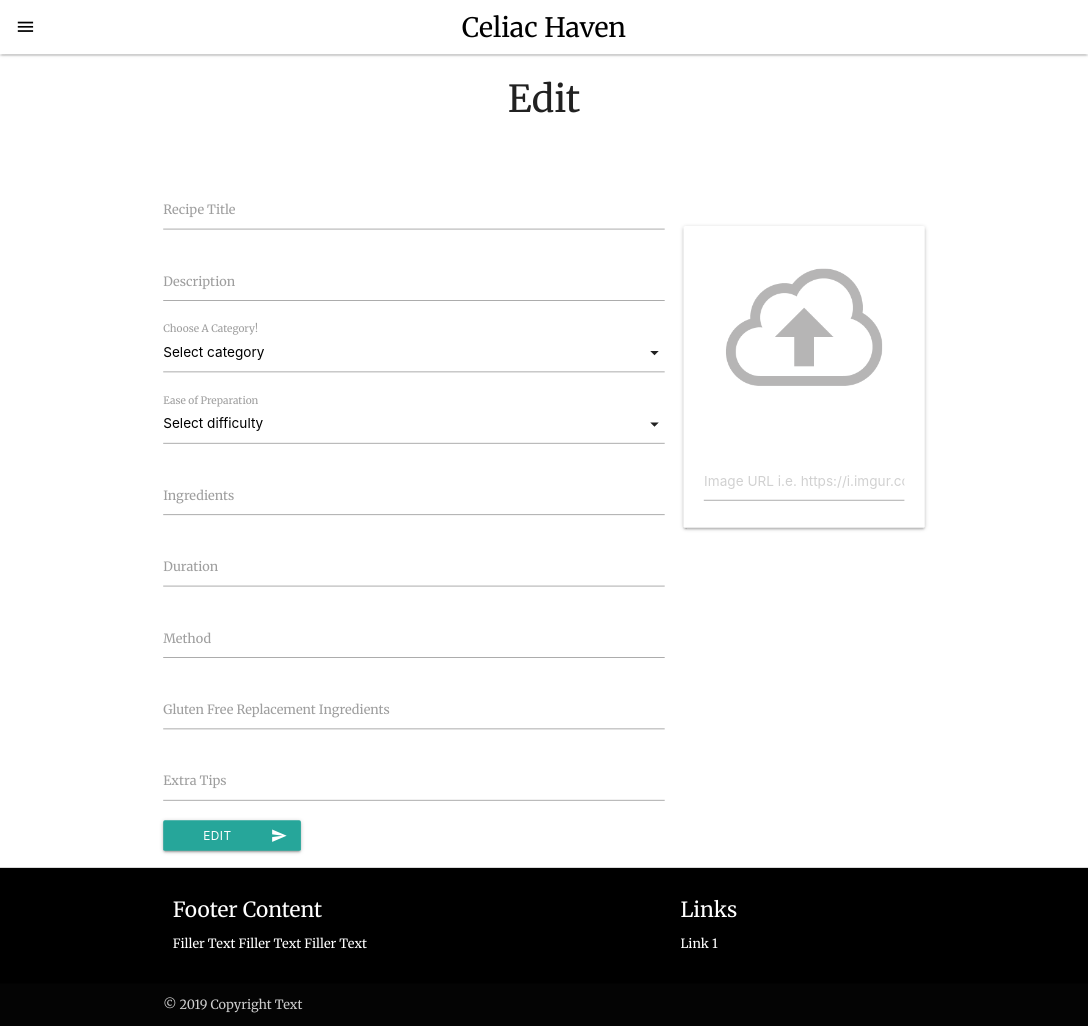
Repository: DanielJMaia/cookbook-project
Page: templates/edit_recipe.html
The author's editor kept a record of every edit. The page is drawn from the files as they stood at one moment, then again after the next edit.
The browser window is 1280 px wide. The pictures show the whole page, at 85% of full size.
Some web fonts or font styles are not loaded; a fallback is used. The page is served by the project's application, run on Flask 3 (app.py). The template is opened directly, without the code that normally fills it, so the values that code supplies are empty.

Above is the page before.
Console error: TypeError: Cannot read properties of null (reading 'addEventListener')

### templates/edit_recipe.html
{% extends 'base.html' %} {% block content %}

<h3 class="center-align" id="submit_recipe_header">Edit {{recipe.title}}</h3>
<form action="{{url_for('update_recipe', recipe_id=recipe._id)}}" method="POST" class="col s12 m8" autocomplete="off">
    <div class="container">
        <div class="row">
            <div class="col s11 m4 submit_image_spacing">
                <div class="card">
                    <div class="card-image">
                        <img src="/static/img/upload.jpg" class="image" id="upload_image">
                    </div>
                    <div class="card-content input-field">
                        <input id="add_image" type="text" class="validate" name="url" value="{{recipe.url}}" placeholder="Image URL i.e. https://i.imgur.com/PuHbs0g.jpg" required>
                    </div>
                </div>
            </div>
            <div class="input-field col s11 m8">
                <input id="recipe_title" type="text" class="validate" name="title" value="{{recipe.title}}" required>
                <label for="recipe_title">Recipe Title</label>
            </div>
            <div class="input-field col s11 m8">
                <input id="recipe_description" type="text" class="validate" name="description" value="{{recipe.description}}" required>
                <label for="recipe_description">Description</label>
            </div>
            <div class="input-field col s11 m8">
                <select name="category" required>
                        <option selected disabled value>Select category</option>
                    {% for cat in second_category %}
                        {% if cat.category == recipe.category %}
                            <option value="{{ cat.category }}" selected>{{ cat.category }}</option>
                        {% else %}
                            <option value="{{ cat.category }}">{{ cat.category }}</option>
                        {% endif %}
                    {% endfor %}
                </select>
                <label>Choose A Category!</label>
            </div>
            <div class="input-field col s11 m8">
                <select name="difficulty" required>
                        <option selected disabled value>Select difficulty</option>
                    {% for diff in difficulty %}
                        {% if diff.difficulty == recipe.difficulty %}
                            <option value="{{ diff.difficulty }}" selected>{{ diff.difficulty }}</option>
                        {% else %}
                            <option value="{{ diff.difficulty }}" >{{ diff.difficulty }}</option>
                        {% endif %}
                    {% endfor %}
                </select>
                <label>Ease of Preparation</label>
            </div>
            <div class="input-field col s11 m8">
                <input id="ingredients" type="text" class="validate" name="ingredients" value="{{recipe.ingredients}}" required>
                <label for="ingredients">Ingredients</label>
            </div>
            <div class="input-field col s11 m8">
                <input id="duration" type="text" class="validate" name="prep_duration" value="{{recipe.prep_duration}}" required>
                <label for="duration">Duration</label>
            </div>
            <div class="input-field col s11 m8">
                <input id="method" type="text" class="validate" name="method" value="{{recipe.method}}" required></input>
                <label for="method">Method</label>
            </div>
            <div class="input-field col s11 m8">
                <input id="gf_ingredient" type="text" class="validate" name="gf_ingredient" value="{{recipe.gf_ingredient}}">
                <label for="gf_ingredient">Gluten Free Replacement Ingredients</label>
            </div>
            <div class="input-field col s11 m8">
                <input id="tips" type="text" class="validate" name="tips" value="{{recipe.tips}}">
                <label for="tips">Extra Tips</label>
            </div>
            <div class="col s12 center-align">
                <button class="btn waves-effect waves-light button_form_min_width" type="submit" name="action">Edit
                    <i class="material-icons right">send</i>
                </button>
            </div>
        </div>
    </div>
</form>
{% endblock %}

### templates/base.html
<!DOCTYPE html>
<html lang="en">

<head>
    <meta charset="UTF-8">
    <meta name="viewport" content="width=device-width, initial-scale=1.0">
    <meta http-equiv="X-UA-Compatible" content="ie=edge">
    <title>GF Recipes!</title>

    <link rel="stylesheet" href="https://cdnjs.cloudflare.com/ajax/libs/materialize/1.0.0/css/materialize.min.css">
    <link href="https://fonts.googleapis.com/icon?family=Material+Icons" rel="stylesheet">
    <link href="https://fonts.googleapis.com/css?family=Merriweather|Solway&display=swap" rel="stylesheet">
    <link rel="stylesheet" href="{{url_for('static', filename='css/style.css')}}" type="text/css" />
</head>

<body>
    <header>
        <nav class="white">
            <div class="nav-wrapper">
                <a href="{{url_for('home')}}" class="brand-logo center black-text">Celiac Haven</a>
                <a href="#" data-target="mobile-demo" class="sidenav-trigger show-on-large"><i class="material-icons black-text">menu</i></a>
            </div>
        </nav>



        <ul class="sidenav" id="mobile-demo">
            <li><a href="{{url_for('home')}}">Home</a></li>
            <li><a href="{{url_for('add_recipe')}}">Add A Recipe</a></li>
            {% for cat in categories %}
            <li><a href="{{url_for('get_recipes', recipe_category=cat.category)}}">{{ cat.category }}</a></li>
            {% endfor %}
        </ul>


    </header>
    <main>
        {% block content %} {% endblock %}
    </main>

    <footer class="page-footer black">
        <div class="container">
            <div class="row">
                <div class="col l6 s12">
                    <h5 class="white-text">Footer Content</h5>
                    <p class="white-text text-lighten-4">Filler Text Filler Text Filler Text</p>
                </div>
                <div class="col l4 offset-l2 s12">
                    <h5 class="white-text">Links</h5>
                    <ul>
                        <li><a class="white-text text-lighten-3" href="#!">Link 1</a></li>
                    </ul>
                </div>
            </div>
        </div>
        <div class="footer-copyright">
            <div class="container">
                © 2019 Copyright Text
            </div>
        </div>
    </footer>

    <script src="https://cdnjs.cloudflare.com/ajax/libs/jquery/3.4.1/jquery.js" integrity="sha256-WpOohJOqMqqyKL9FccASB9O0KwACQJpFTUBLTYOVvVU=" crossorigin="anonymous"></script>
    <script src="https://cdnjs.cloudflare.com/ajax/libs/materialize/1.0.0/js/materialize.min.js"></script>
    <script type="text/javascript" src="/static/js/initialization.js"></script>

</body>

</html>

### app.py
import os
import env
from flask import Flask, render_template, redirect, request, url_for
from flask_pymongo import PyMongo
from bson.objectid import ObjectId

app = Flask(__name__)

app.config["MONGO_DBNAME"] = 'milestone-project-cookbook'
app.config['MONGO_URI'] = os.getenv('MONGO_URI', "Env value not loaded")

mongo = PyMongo(app)

@app.route('/')
def home():
    return render_template("index.html",
    categories=mongo.db.categories.find(),
    second_category=mongo.db.categories.find())

@app.route('/get_recipes/<recipe_category>')
def get_recipes(recipe_category):
    return render_template("recipes.html",
    categories=mongo.db.categories.find(),
    recipes=mongo.db.recipes.find({"category": recipe_category}))

@app.route('/add_recipe')
def add_recipe():
    return render_template("add_recipe.html",
    categories=mongo.db.categories.find(),
    second_category=mongo.db.categories.find(),
    difficulty=mongo.db.difficulty.find())

@app.route('/insert_recipe', methods=["POST"])
def insert_recipe():
    recipes = mongo.db.recipes
    recipes.insert_one(request.form.to_dict())
    return redirect(url_for('home'))

@app.route('/edit_recipe/<recipe_id>')
def edit_recipe(recipe_id):
    _recipe = mongo.db.recipes.find_one({"_id": ObjectId(recipe_id)})
    _categories = mongo.db.categories.find()
    _difficulty = mongo.db.difficulty.find()
    category_list = [category for category in _categories]
    return render_template('edit_recipe.html', recipe=_recipe, categories=category_list, difficulty=_difficulty, second_category=mongo.db.categories.find())

@app.route('/update_recipe/<recipe_id>', methods=["POST"])
def update_recipe(recipe_id):
    recipes = mongo.db.recipes
    recipes.update({'_id': ObjectId(recipe_id)},
    {
        'title' : request.form.get('title'),
        'category' : request.form.get('category'),
        'gf_ingredient' : request.form.get('gf_ingredient'),
        'prep_duration' : request.form.get('prep_duration'),
        'difficulty' : request.form.get('difficulty'),
        'method' : request.form.get('method'),
        'ingredients' : request.form.get('ingredients'),
        'description' : request.form.get('description'),
        'tips' : request.form.get('tips'),
        'url' : request.form.get('url')
    })
    return redirect(url_for('home'))

@app.route('/view_recipe/<recipe_id>')
def view_recipe(recipe_id):
    return render_template('view_recipe.html',
    recipes = mongo.db.recipes.find({"_id": ObjectId(recipe_id)}), categories=mongo.db.categories.find())

@app.route('/delete_recipe/<recipe_id>')
def delete_recipe(recipe_id):
    mongo.db.recipes.remove({'_id': ObjectId(recipe_id)})
    return redirect(url_for('home'))

if __name__  == '__main__':
    app.run(host=os.environ.get('IP'),
    port=int(os.environ.get('PORT')),
    debug=True)

### static/css/style.css
body {
  display: flex;
  min-height: 100vh;
  flex-direction: column;
  font-family: 'Solway', 'Merriweather', serif;
}

main {
  flex: 1 0 auto;
}

.brand-logo {
  width: fit-content;
}

#quote {
  background-image: url("https://i.imgur.com/PuHbs0g.jpg");
  background-size: cover;
  padding-top: 17rem;
  text-align: center;
  height: 55rem;
}

#upload_image {
  padding: 50px;
}

#submit_recipe_header {
  padding-bottom: 50px;
}

.button_form_min_width {
  min-width: 162px;
  float: left;
}

.submit_image_spacing {
  padding-top: 50px!important;
  float: right!important;
}

.recipe_banner {
  /*background-image: url("https://i.imgur.com/PuHbs0g.jpg"); */
  background-size: cover;
  resize: both;
  min-height: 40rem;
}

.recipe_information_box {
  width: 100%
}

.recipe_image_information_container {
  position: relative;
}

#recipe_image {
  height: auto;
  width: 100%;
  position: relative;
}

.responsive_image {
  object-fit: cover;
  height: 20rem;
}

#back_icon {
  padding: 10px;
  font-size: 3rem;
  border-radius: 100%;
  margin-top: 1rem;
  cursor: pointer;
}





@media (min-width: 768px) {
  .recipe_information_box {
    position: absolute;
    right: 5%;
    top: 5%;
    width: 40%;
  }
}

@media (min-width: 1000px) {
  .recipe_information_box {
    width: 30%;
  }
}


@media (min-width: 1200px) {
  .recipe_information_box {
    width: 20%;
  }
}

@media (min-width: 2560px) {}

@media (min-width: 3840px) {}

### static/js/initialization.js
$(document).ready(function() {
    $('.sidenav').sidenav();
    $('.tabs').tabs();
    $('input#input_text, textarea#textarea2').characterCounter();
    $('select').formSelect();
});

document.getElementById("back_icon").addEventListener("click", goBack)

function goBack(){
    window.history.back();
}

After the next edit:
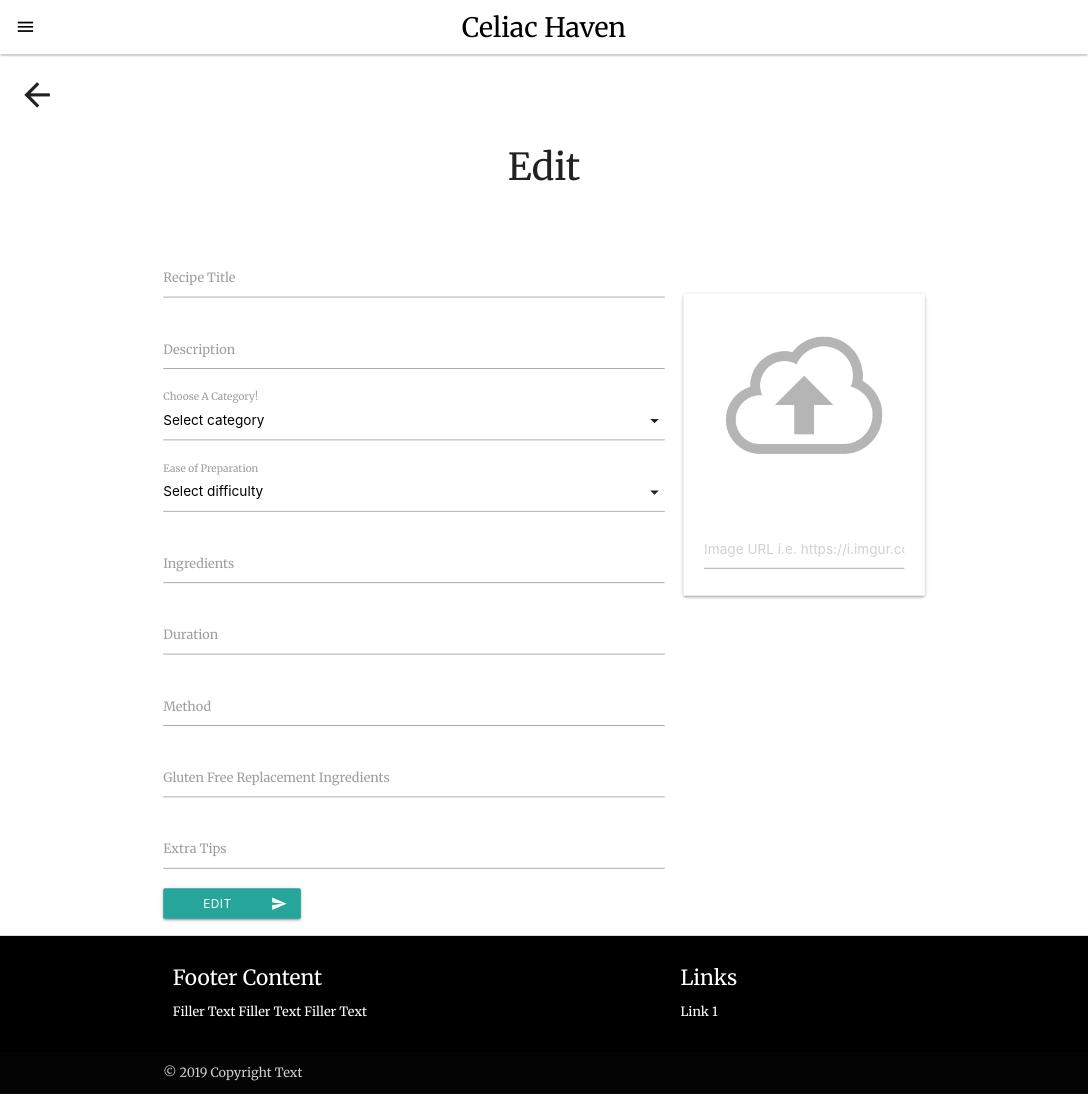
The error is gone.
The edit:
--- a/templates/edit_recipe.html
+++ b/templates/edit_recipe.html
@@ -1,5 +1,9 @@
 {% extends 'base.html' %} {% block content %}
-
+<div class="row">
+    <div class="col s12">
+        <i class="material-icons" id="back_icon">arrow_back</i>
+    </div>
+</div>
 <h3 class="center-align" id="submit_recipe_header">Edit {{recipe.title}}</h3>
 <form action="{{url_for('update_recipe', recipe_id=recipe._id)}}" method="POST" class="col s12 m8" autocomplete="off">
     <div class="container">
